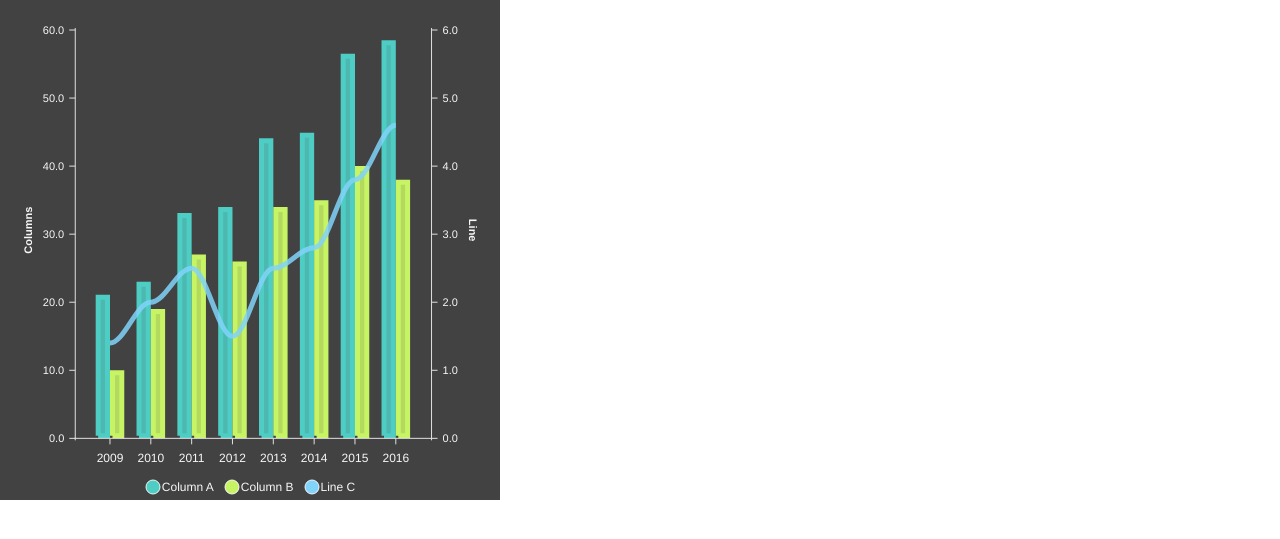
Repository: wanted-pre-onboarding-internship-1team/pre-onboarding-9th-3-1
Page: /
An editor plug-in stored every save of this project. The page is shown before and after the next save, followed by the edit.
The browser window is 1280 px wide. The pictures show the whole page.
The project was rebuilt for these pictures with package versions that can differ from the ones it lists, and the page was loaded fresh each time.

Above is the page before, as saved 2023-03-15 00:26:17.

### public/index.html
<!DOCTYPE html>
<html lang="en">
  <head>
    <meta charset="utf-8" />
    <link rel="icon" href="%PUBLIC_URL%/favicon.ico" />
    <meta name="viewport" content="width=device-width, initial-scale=1" />
    <meta name="theme-color" content="#000000" />

    <title>React App</title>
  </head>

  <body>
    <div id="root"></div>
  </body>
</html>

### src/index.tsx
import App from './App';
import './index.css';
import React from 'react';
import ReactDOM from 'react-dom/client';
import { BrowserRouter } from 'react-router-dom';

const root = ReactDOM.createRoot(
  document.getElementById('root') as HTMLElement
);
root.render(
  <BrowserRouter>
    <App />
  </BrowserRouter>
);

### src/App.tsx
import Router from './router/router';
import { createGlobalStyle } from 'styled-components';
import reset from 'styled-reset';

const GlobalStyle = createGlobalStyle`
  ${reset}
`;

function App() {
  return (
    <>
      <GlobalStyle />
      <Router />
    </>
  );
}

export default App;

### src/router/router.tsx
import Mainpage from '../pages/Mainpage';
import React from 'react';
import { Route, Routes } from 'react-router-dom';

export default function router() {
  return (
    <Routes>
      <Route path='/' element={<Mainpage />} />
    </Routes>
  );
}

### src/pages/Mainpage.tsx
import { api } from '../apis';
import { GetMockResponse } from '../apis/types/mock';
import useMockList from '../hooks/useMockList';
import axios from 'axios';
import React, { useEffect, useState } from 'react';
import ApexCharts from 'react-apexcharts';

export default function Mainpage() {
  const test = useMockList();
  console.log(test);
  return (
    <div>
      <ApexCharts
        type='line'
        height='500'
        width='500'
        series={[
          {
            name: 'Column A',
            type: 'column',
            data: [21.1, 23, 33.1, 34, 44.1, 44.9, 56.5, 58.5],
          },
          {
            name: 'Column B',
            type: 'column',
            data: [10, 19, 27, 26, 34, 35, 40, 38],
          },
          {
            name: 'Line C',
            type: 'line',
            data: [1.4, 2, 2.5, 1.5, 2.5, 2.8, 3.8, 4.6],
          },
        ]}
        options={{
          theme: {
            mode: 'dark',
          },
          chart: {
            toolbar: {
              show: false,
            },
          },
          grid: { show: false },
          stroke: {
            curve: 'smooth',
            width: 5,
          },
          xaxis: {
            categories: [2009, 2010, 2011, 2012, 2013, 2014, 2015, 2016],
          },
          yaxis: [
            {
              seriesName: 'Column A',
              axisTicks: {
                show: true,
              },
              axisBorder: {
                show: true,
              },
              title: {
                text: 'Columns',
              },
            },
            {
              seriesName: 'Column A',
              show: false,
            },
            {
              opposite: true,
              seriesName: 'Line C',
              axisTicks: {
                show: true,
              },
              axisBorder: {
                show: true,
              },
              title: {
                text: 'Line',
              },
            },
          ],
        }}
      />
      {/* <ApexCharts
        height='500'
        width='1000'
        series={[
          {
            name: 'bar',
            type: 'column',
            data: test.barValueList,
          },
          {
            name: 'area',
            type: 'area',
            data: test.areaValueList,
          },
          {
            name: 'id',
            type: 'none',
            data: test.areaValueList,
          },
        ]}
        options={{
          stroke: {
            width: [0, 2, 5],
            curve: 'smooth',
          },
          dataLabels: {
            enabled: false,
          },
          yaxis: [
            {
              seriesName: 'area',
              axisTicks: {
                show: true,
              },
              axisBorder: {
                show: true,
              },
              title: {
                text: 'area1',
              },
            },
            {
              seriesName: 'bar',
              axisTicks: {
                show: true,
              },
              axisBorder: {
                show: true,
              },
              title: {
                text: 'bar',
              },
            },
          ],
          xaxis: {
            categories: test.timeList,
          },
          colors: ['#99C2A2', '#66C7F4', '#caa137'],
        }}
      /> */}
    </div>
  );
}

{
  /* <div>
<ApexCharts
  height='500'
  width='1000'
  series={[
    {
      name: 'TEAM A',
      type: 'column',
      data: test.areaValueList,
    },
  ]}
  options={{
    grid: {
      row: {
        colors: ['#f3f3f3', 'transparent'],
        opacity: 0.5,
      },
    },
    stroke: {
      width: [0, 2, 5],
      curve: 'smooth',
    },

    xaxis: {
      categories: test.timeList,
    },
    colors: ['red', 'blue'],
  }}
/>
</div> */
}

### src/hooks/useMockList.ts
import { api } from '../apis';
import { GetMockResponse } from '../apis/types/mock';
import { useEffect, useState } from 'react';

export default function useMockList() {
  const [originData, setOriginData] = useState<GetMockResponse['response']>();

  const dateList = originData ? Object.keys(originData) : [];

  const timeList = originData
    ? Object.keys(originData).map(time => time.split(' ')[1])
    : [];

  const idList = originData
    ? Object.entries(originData).map(entry => entry[1].id)
    : [];

  const barValueList = originData
    ? Object.entries(originData).map(entry => entry[1].value_bar)
    : [];

  const areaValueList = originData
    ? Object.entries(originData).map(entry => entry[1].value_area)
    : [];

  useEffect(() => {
    api.mock.getMockDatas().then(res => {
      const { data } = res;
      setOriginData(data.response);
    });
  }, []);

  return { timeList, dateList, idList, barValueList, areaValueList };
}

### src/apis/index.ts
import { instance } from './instance';
import MockService from './mockService';

const mockService = new MockService(instance);

export const api = { mock: mockService };

### src/apis/instance.ts
import axios, { AxiosInstance, AxiosRequestConfig, AxiosResponse } from 'axios';

interface CustomInstance extends AxiosInstance {
  get<T = unknown, R = AxiosResponse<T>, D = unknown>(
    url: string,
    config?: AxiosRequestConfig<D>
  ): Promise<R>;
}

const instance: CustomInstance = axios.create({
  baseURL: '/',
});

export { instance };

### src/apis/mockService.ts
import { instance } from './instance';
import { GetMockResponse } from './types/mock';

export default class MockService {
  constructor(private api: typeof instance) {}
  getMockDatas = async () => this.api.get<GetMockResponse>('data/mock.json');
}

### public/data/mock.json
{
  "type": "Flexsys Mock API",
  "version": 1.0,
  "response": {
    "2023-02-01 14:32:00": {
      "id": "성북구",
      "value_area": 46,
      "value_bar": 13111
    },
    "2023-02-01 14:32:05": {
      "id": "강남구",
      "value_area": 9,
      "value_bar": 19143
    },
    "2023-02-01 14:32:10": {
      "id": "노원구",
      "value_area": 79,
      "value_bar": 14798
    },
    "2023-02-01 14:32:15": {
      "id": "중랑구",
      "value_area": 4,
      "value_bar": 14456
    },
    "2023-02-01 14:32:20": {
      "id": "노원구",
      "value_area": 97,
      "value_bar": 19116
    },
    "2023-02-01 14:32:25": {
      "id": "성북구",
      "value_area": 66,
      "value_bar": 18098
    },
    "2023-02-01 14:32:30": {
      "id": "중랑구",
      "value_area": 84,
      "value_bar": 16243
    },
    "2023-02-01 14:32:35": {
      "id": "강남구",
      "value_area": 5,
      "value_bar": 13100
    },
    "2023-02-01 14:32:40": {
      "id": "성북구",
      "value_area": 13,
      "value_bar": 19429
    },
    "2023-02-01 14:32:45": {
      "id": "노원구",
      "value_area": 50,
      "value_bar": 14923
    },
    "2023-02-01 14:32:50": {
      "id": "강남구",
      "value_area": 24,
      "value_bar": 10127
    },
    "2023-02-01 14:32:55": {
      "id": "강남구",
      "value_area": 98,
      "value_bar": 12583
    },
    "2023-02-01 14:33:00": {
      "id": "중랑구",
      "value_area": 7,
      "value_bar": 12310
    },
    "2023-02-01 14:33:05": {
      "id": "중랑구",
      "value_area": 21,
      "value_bar": 15764
    },
    "2023-02-01 14:33:10": {
      "id": "강남구",
      "value_area": 67,
      "value_bar": 11060
    },
    "2023-02-01 14:33:15": {
      "id": "강남구",
      "value_area": 69,
      "value_bar": 14857
    },
    "2023-02-01 14:33:20": {
      "id": "노원구",
      "value_area": 86,
      "value_bar": 13995
    },
    "2023-02-01 14:33:25": {
      "id": "중랑구",
      "value_area": 59,
      "value_bar": 14773
    },
    "2023-02-01 14:33:30": {
      "id": "노원구",
      "value_area": 77,
      "value_bar": 18347
    },
    "2023-02-01 14:33:35": {
      "id": "성북구",
      "value_area": 77,
      "value_bar": 15970
    },
    "2023-02-01 14:33:40": {
      "id": "성북구",
      "value_area": 27,
      "value_bar": 18577
    },
    "2023-02-01 14:33:45": {
      "id": "성북구",
      "value_area": 33,
      "value_bar": 11704
    },
    "2023-02-01 14:33:50": {
      "id": "성북구",
      "value_area": 17,
      "value_bar": 17241
    },
    "2023-02-01 14:33:55": {
      "id": "노원구",
      "value_area": 22,
      "value_bar": 14450
    },
    "2023-02-01 14:34:00": {
      "id": "중랑구",
      "value_area": 27,
      "value_bar": 14970
    },
    "2023-02-01 14:34:05": {
      "id": "중랑구",
      "value_area": 99,
      "value_bar": 17906
    },
    "2023-02-01 14:34:10": {
      "id": "강남구",
      "value_area": 65,
      "value_bar": 11233
    },
    "2023-02-01 14:34:15": {
      "id": "노원구",
      "value_area": 38,
      "value_bar": 17306
    },
    "2023-02-01 14:34:20": {
      "id": "성북구",
      "value_area": 63,
      "value_bar": 14577
    },
    "2023-02-01 14:34:25": {
      "id": "중랑구",
      "value_area": 58,
      "value_bar": 13199
    },
    "2023-02-01 14:34:30": {
      "id": "중랑구",
      "value_area": 93,
      "value_bar": 12707
    },
    "2023-02-01 14:34:35": {
      "id": "강남구",
      "value_area": 74,
      "value_bar": 15064
    },
    "2023-02-01 14:34:40": {
      "id": "강남구",
      "value_area": 45,
      "value_bar": 16300
    },
    "2023-02-01 14:34:45": {
      "id": "성북구",
      "value_area": 7,
      "value_bar": 14605
    },
    "2023-02-01 14:34:50": {
      "id": "노원구",
      "value_area": 7,
      "value_bar": 15210
    },
    "2023-02-01 14:34:55": {
      "id": "성북구",
      "value_area": 89,
      "value_bar": 13578
    },
    "2023-02-01 14:35:00": {
      "id": "중랑구",
      "value_area": 37,
      "value_bar": 11298
    },
    "2023-02-01 14:35:05": {
      "id": "노원구",
      "value_area": 82,
      "value_bar": 15686
    },
    "2023-02-01 14:35:10": {
      "id": "중랑구",
      "value_area": 19,
      "value_bar": 11485
    },
    "2023-02-01 14:35:15": {
      "id": "성북구",
      "value_area": 37,
      "value_bar": 16848
    },
    "2023-02-01 14:35:20": {
      "id": "성북구",
      "value_area": 91,
      "value_bar": 18670
    },
    "2023-02-01 14:35:25": {
      "id": "강남구",
      "value_area": 44,
      "value_bar": 17165
    },
    "2023-02-01 14:35:30": {
      "id": "성북구",
      "value_area": 88,
      "value_bar": 15053
    },
    "2023-02-01 14:35:35": {
      "id": "성북구",
      "value_area": 1,
      "value_bar": 14998
    },
    "2023-02-01 14:35:40": {
      "id": "강남구",
      "value_area": 7,
      "value_bar": 17739
    },
    "2023-02-01 14:35:45": {
      "id": "중랑구",
      "value_area": 17,
      "value_bar": 19212
    },
    "2023-02-01 14:35:50": {
      "id": "노원구",
      "value_area": 73,
      "value_bar": 16757
    },
    "2023-02-01 14:35:55": {
      "id": "노원구",
      "value_area": 24,
      "value_bar": 12864
    },
    "2023-02-01 14:36:00": {
      "id": "노원구",
      "value_area": 99,
      "value_bar": 10178
    },
    "2023-02-01 14:36:05": {
      "id": "성북구",
      "value_area": 13,
      "value_bar": 19425
    },
    "2023-02-01 14:36:10": {
      "id": "강남구",
      "value_area": 2,
      "value_bar": 12455
    },
    "2023-02-01 14:36:15": {
      "id": "노원구",
      "value_area": 91,
      "value_bar": 16945
    },
    "2023-02-01 14:36:20": {
      "id": "성북구",
      "value_area": 10,
      "value_bar": 13734
    },
    "2023-02-01 14:36:25": {
      "id": "성북구",
      "value_area": 14,
      "value_bar": 13894
    },
    "2023-02-01 14:36:30": {
      "id": "중랑구",
      "value_area": 82,
      "value_bar": 19367
    },
    "2023-02-01 14:36:35": {
      "id": "중랑구",
      "value_area": 71,
      "value_bar": 15492
    },
    "2023-02-01 14:36:40": {
      "id": "강남구",
      "value_area": 2,
      "value_bar": 19082
    },
    "2023-02-01 14:36:45": {
      "id": "노원구",
      "value_area": 24,
      "value_bar": 13117
    },
    "2023-02-01 14:36:50": {
      "id": "노원구",
      "value_area": 96,
      "value_bar": 15744
    },
    "2023-02-01 14:36:55": {
      "id": "성북구",
      "value_area": 74,
      "value_bar": 15609
    },
    "2023-02-01 14:37:00": {
      "id": "노원구",
      "value_area": 48,
      "value_bar": 14747
    },
    "2023-02-01 14:37:05": {
      "id": "중랑구",
      "value_area": 34,
      "value_bar": 15331
    },
    "2023-02-01 14:37:10": {
      "id": "노원구",
      "value_area": 73,
      "value_bar": 12292
    },
    "2023-02-01 14:37:15": {
      "id": "강남구",
      "value_area": 77,
      "value_bar": 11454
    },
    "2023-02-01 14:37:20": {
      "id": "강남구",
      "value_area": 94,
      "value_bar": 12972
    },
    "2023-02-01 14:37:25": {
      "id": "성북구",
      "value_area": 29,
      "value_bar": 19279
    },
    "2023-02-01 14:37:30": {
      "id": "노원구",
      "value_area": 73,
      "value_bar": 18371
    },
    "2023-02-01 14:37:35": {
      "id": "노원구",
      "value_area": 50,
      "value_bar": 13317
    },
    "2023-02-01 14:37:40": {
      "id": "강남구",
      "value_area": 65,
      "value_bar": 18504
    },
    "2023-02-01 14:37:45": {
      "id": "성북구",
      "value_area": 87,
      "value_bar": 16196
    },
    "2023-02-01 14:37:50": {
      "id": "강남구",
      "value_area": 14,
      "value_bar": 19701
    },
    "2023-02-01 14:37:55": {
      "id": "중랑구",
      "value_area": 80,
      "value_bar": 14836
    },
    "2023-02-01 14:38:00": {
      "id": "노원구",
      "value_area": 14,
      "value_bar": 13074
    },
    "2023-02-01 14:38:05": {
      "id": "성북구",
      "value_area": 25,
      "value_bar": 18335
    },
    "2023-02-01 14:38:10": {
      "id": "중랑구",
      "value_area": 22,
      "value_bar": 15022
    },
    "2023-02-01 14:38:15": {
      "id": "노원구",
      "value_area": 6,
      "value_bar": 12043
    },
    "2023-02-01 14:38:20": {
      "id": "중랑구",
      "value_area": 88,
      "value_bar": 11144
    },
    "2023-02-01 14:38:25": {
      "id": "강남구",
      "value_area": 1,
      "value_bar": 17518
    },
    "2023-02-01 14:38:30": {
      "id": "노원구",
      "value_area": 90,
      "value_bar": 18643
    },
    "2023-02-01 14:38:35": {
      "id": "성북구",
      "value_area": 98,
      "value_bar": 18318
    },
    "2023-02-01 14:38:40": {
      "id": "중랑구",
      "value_area": 4,
      "value_bar": 10746
    },
    "2023-02-01 14:38:45": {
      "id": "강남구",
      "value_area": 43,
      "value_bar": 18806
    },
    "2023-02-01 14:38:50": {
      "id": "중랑구",
      "value_area": 43,
      "value_bar": 16209
    },
    "2023-02-01 14:38:55": {
      "id": "강남구",
      "value_area": 91,
      "value_bar": 14273
    },
    "2023-02-01 14:39:00": {
      "id": "성북구",
      "value_area": 31,
      "value_bar": 19193
    },
    "2023-02-01 14:39:05": {
      "id": "성북구",
      "value_area": 92,
      "value_bar": 19661
    },
    "2023-02-01 14:39:10": {
      "id": "노원구",
      "value_area": 20,
      "value_bar": 19574
    },
    "2023-02-01 14:39:15": {
      "id": "중랑구",
      "value_area": 72,
      "value_bar": 18963
    },
    "2023-02-01 14:39:20": {
      "id": "강남구",
      "value_area": 15,
      "value_bar": 13083
    },
    "2023-02-01 14:39:25": {
      "id": "성북구",
      "value_area": 34,
      "value_bar": 12868
    },
    "2023-02-01 14:39:30": {
      "id": "강남구",
      "value_area": 44,
      "value_bar": 10836
    },
    "2023-02-01 14:39:35": {
      "id": "중랑구",
      "value_area": 13,
      "value_bar": 14255
    },
    "2023-02-01 14:39:40": {
      "id": "노원구",
      "value_area": 35,
      "value_bar": 15437
    },
    "2023-02-01 14:39:45": {
      "id": "중랑구",
      "value_area": 95,
      "value_bar": 18426
    },
    "2023-02-01 14:39:50": {
      "id": "강남구",
      "value_area": 61,
      "value_bar": 11387
    },
    "2023-02-01 14:39:55": {
      "id": "성북구",
      "value_area": 18,
      "value_bar": 14312
    },
    "2023-02-01 14:40:00": {
      "id": "성북구",
      "value_area": 18,
      "value_bar": 18700
    },
    "2023-02-01 14:40:05": {
      "id": "중랑구",
      "value_area": 92,
      "value_bar": 18053
    },
    "2023-02-01 14:40:10": {
      "id": "강남구",
      "value_area": 75,
      "value_bar": 13460
    },
    "2023-02-01 14:40:15": {
      "id": "성북구",
      "value_area": 15,
      "value_bar": 14829
    }
  }
}

Loaded but not shown: src/index.css (common file)

After the next save:
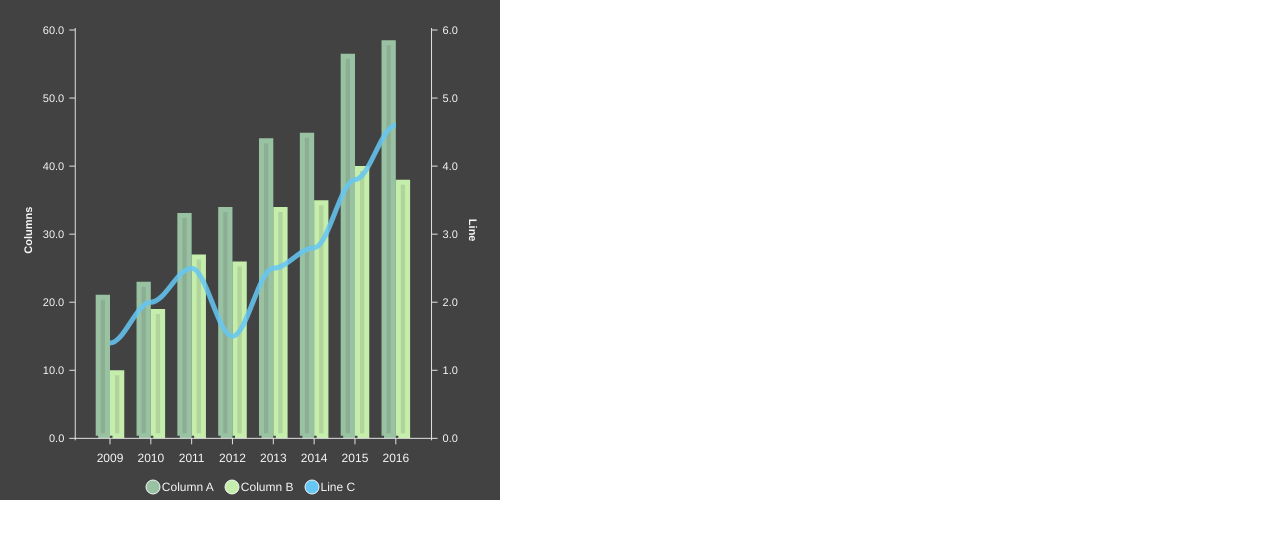
Saved 17 s later.
--- a/src/pages/Mainpage.tsx
+++ b/src/pages/Mainpage.tsx
@@ -79,6 +79,7 @@ export default function Mainpage() {
               },
             },
           ],
+          colors: ['#99C2A2', '#C5EDAC', '#66C7F4'],
         }}
       />
       {/* <ApexCharts
